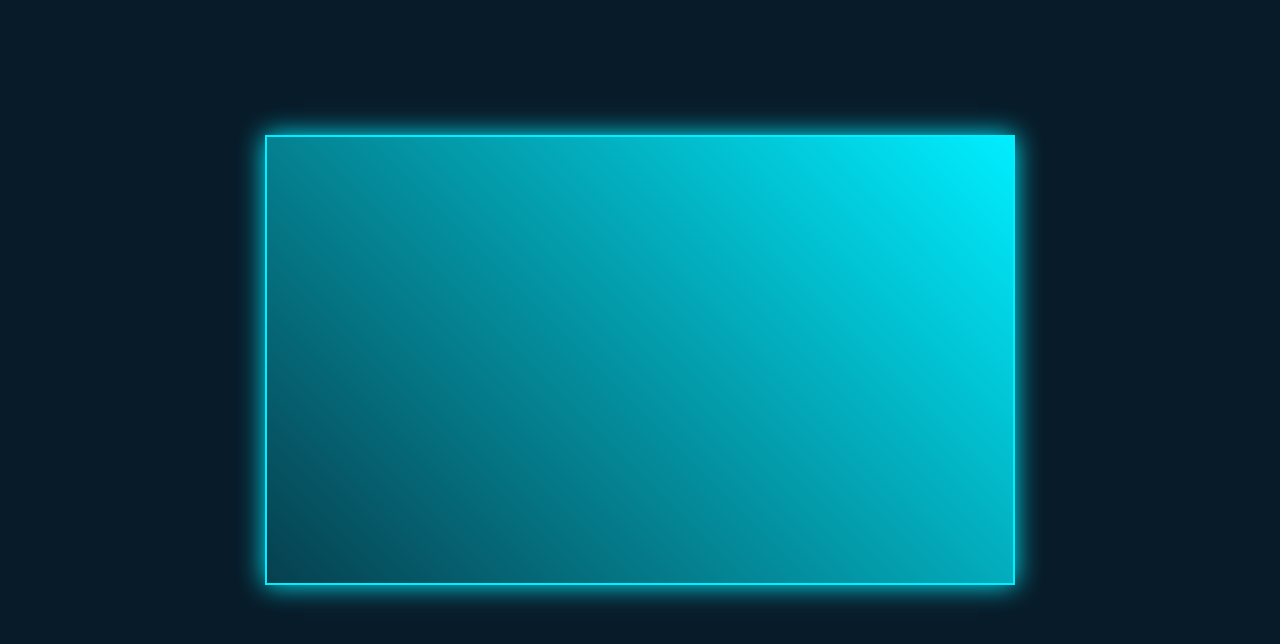
Repository: swastikjhacoder/Login-Registration-HTML
Page: index.html
These files come from the project's save history. The page is drawn as it stood at one moment and after the next save; the edit follows.
The browser window is 1280 px wide. The pictures show the whole page.

Above is the page before, as saved 2023-09-18 15:54:18.
Not found: js/toastify.js

After the next save:
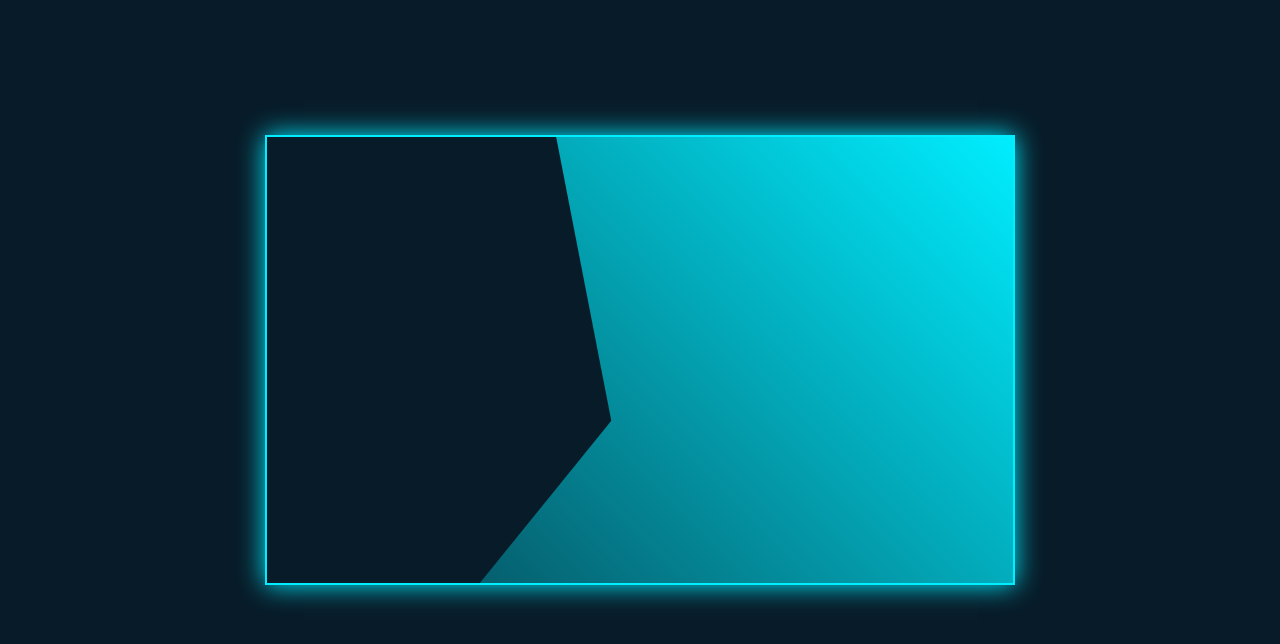
Saved 9 s later.
--- a/style.css
+++ b/style.css
@@ -205,5 +205,5 @@ body {
     background: #081b29;
     border-top: 3px solid #0ef;
     transform: rotate(-11deg) skewY(-40deg);
-    transform-origin: bottom right;
-}
+    transform-origin: bottom left;
+}
